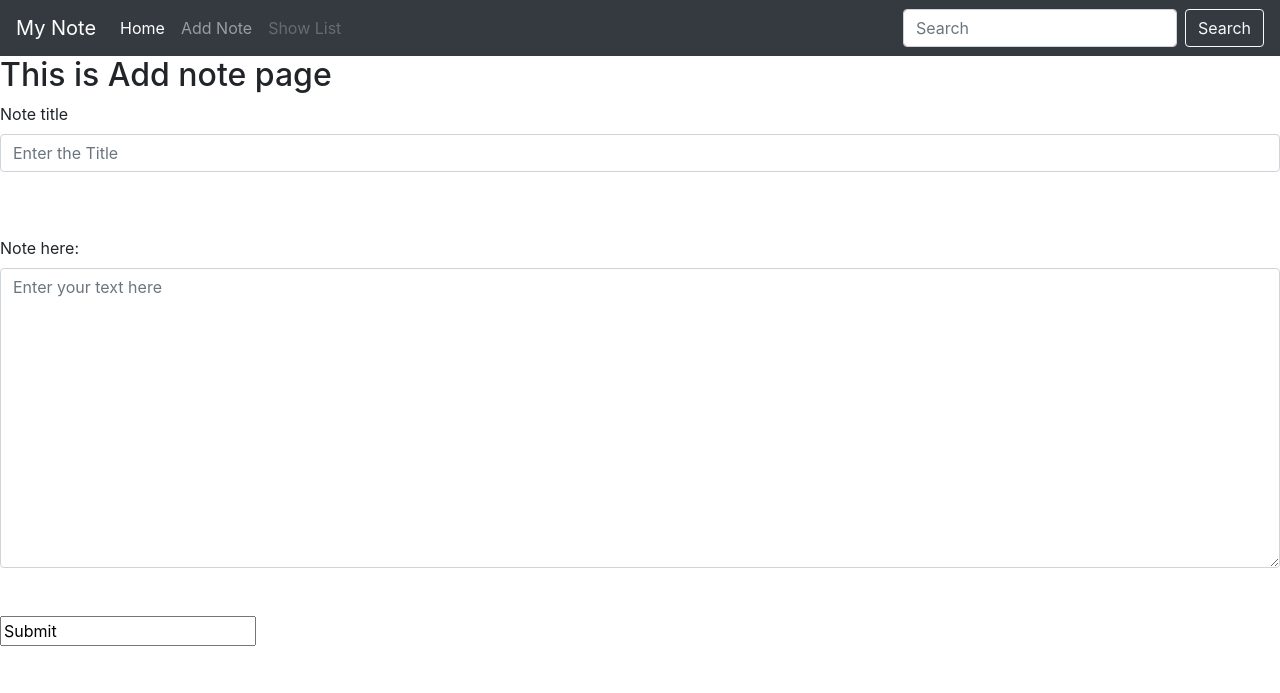
Repository: anshpn8/Java_Spring
Page: http://localhost/MyNotes/add_note.jsp
An editor plug-in stored every save of this project. The page is shown before and after the next save, followed by the edit.
The browser window is 1280 px wide. The pictures show the whole page.
The page is served by Tomcat 9. Other server files are loaded and not shown.

Above is the page before, as saved 2024-04-14 09:01:06.

### MyNotes/src/main/webapp/add_note.jsp
<!DOCTYPE html>
<html lang="en">
<head>
    <meta charset="UTF-8">
    <meta name="viewport" content="width=device-width, initial-scale=1.0">
    <title>Add note</title>

 <link href="https://maxcdn.bootstrapcdn.com/bootstrap/4.0.0/css/bootstrap.min.css" rel="stylesheet">


    </head>
<body>
    <div class="container-fluid p-0 m-0">
    <%@include file="navbar.jsp" %>
    <h2>This is Add note page</h2>
    </div>

  <div class="form-group">
    <label for="title">Note title</label>
    <input type="text" id="title" name="title" class="form-control" area-describedby="emailHelp" placeholder="Enter the Title"><br><br>
  </div>
  <div>
    <label for="note">Note here:</label>
    <textarea for="content" id="content" name="note" placeholder="Enter your text here" class="form-control" style="height:300px"></textarea><br><br>
  </div>
  <input type="Add" value="Submit">


</body>
</html>

### MyNotes/src/main/webapp/navbar.jsp
<nav class="navbar navbar-expand-lg navbar-dark bg-dark">
  <a class="navbar-brand" href="index.jsp">My Note</a>
  <button class="navbar-toggler" type="button" data-toggle="collapse" data-target="#navbarSupportedContent" aria-controls="navbarSupportedContent" aria-expanded="false" aria-label="Toggle navigation">
    <span class="navbar-toggler-icon"></span>
  </button>

  <div class="collapse navbar-collapse" id="navbarSupportedContent">
    <ul class="navbar-nav mr-auto">
      <li class="nav-item active">
        <a class="nav-link" href="index.jsp">Home <span class="sr-only">(current)</span></a>
      </li>
      <li class="nav-item">
        <a class="nav-link" href="add_note.jsp">Add Note</a>
      </li>
      <li class="nav-item">
        <a class="nav-link disabled" href="#" tabindex="-1" aria-disabled="true">Show List</a>
      </li>
    </ul>
    <form class="form-inline my-2 my-lg-0">
      <input class="form-control mr-sm-2" type="search" placeholder="Search" aria-label="Search">
      <button class="btn btn-outline-light my-2 my-sm-0" type="submit">Search</button>
    </form>
  </div>
</nav>

After the next save:
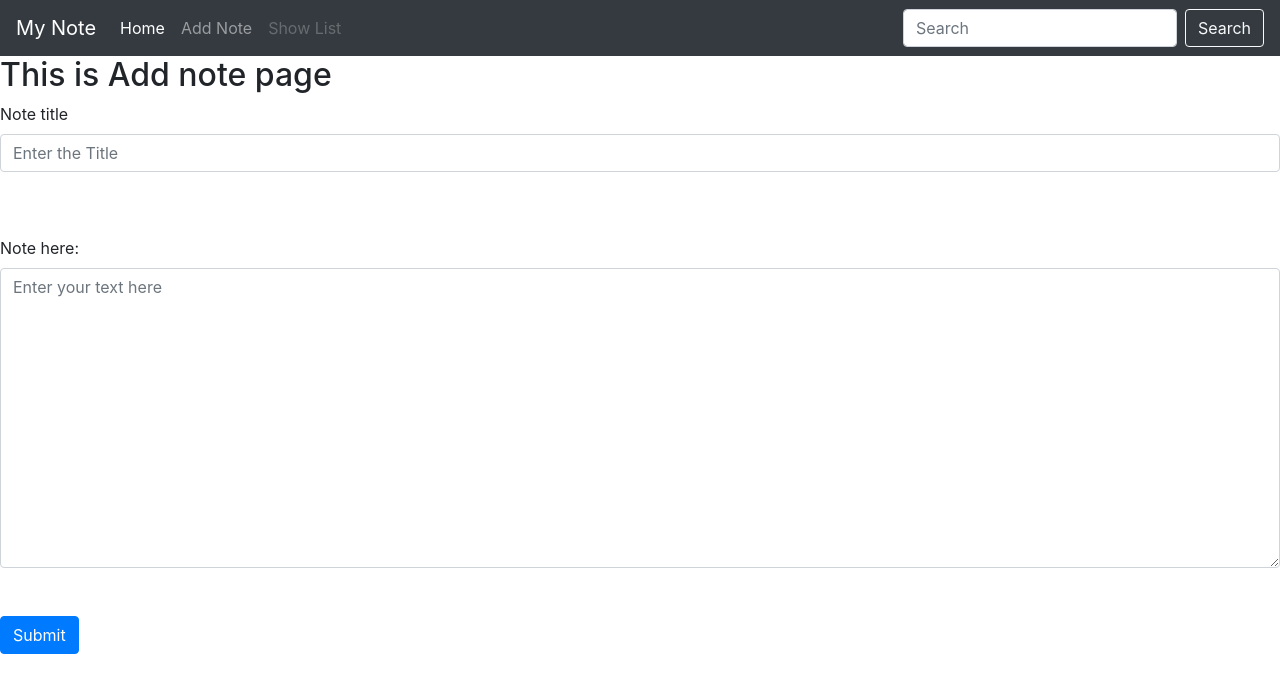
Saved 2 min 51 s later.
--- a/MyNotes/src/main/webapp/add_note.jsp
+++ b/MyNotes/src/main/webapp/add_note.jsp
@@ -23,7 +23,10 @@
     <label for="note">Note here:</label>
     <textarea for="content" id="content" name="note" placeholder="Enter your text here" class="form-control" style="height:300px"></textarea><br><br>
   </div>
-  <input type="Add" value="Submit">
+  <div>
+  <button type="submit" class="btn btn-primary">Submit</button>
+  </div>
+
 
 
 </body>
